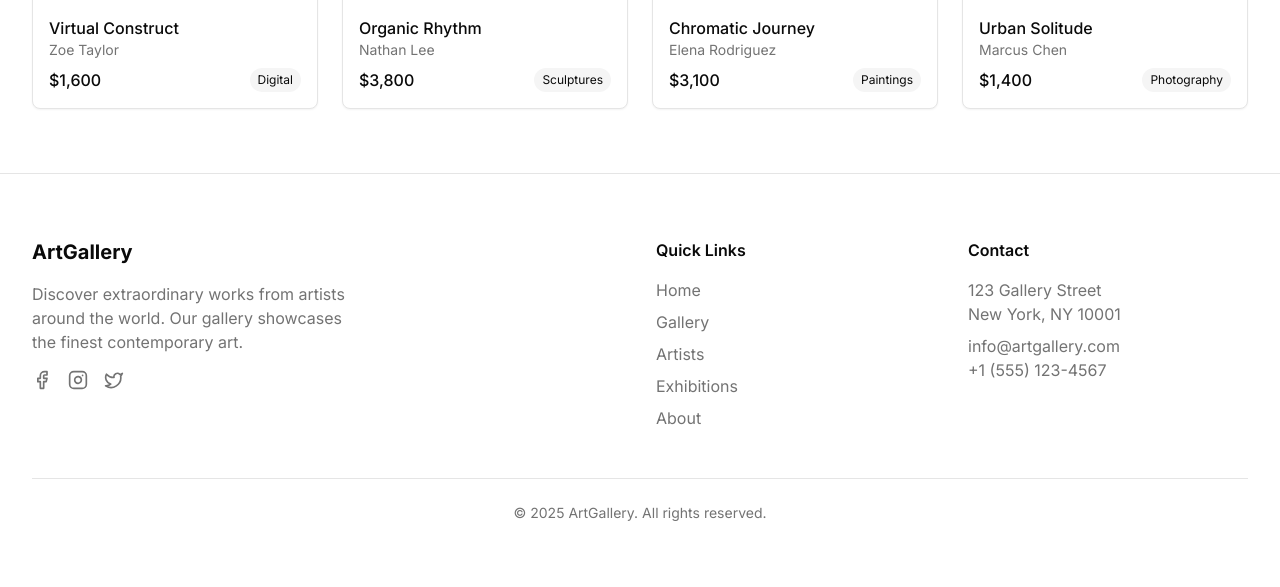
Repository: flow-ctrl369/gallery-cloneX
Page: /gallery
These files come from the project's save history. The page is drawn as it stood at one moment and after the next save; the edit follows.
The browser window is 1280 px wide. The pictures show the part of the page from y = 1613 to 2200 px (the page is 2200 px tall before and 2168 px after).
The project was rebuilt for these pictures with package versions that can differ from the ones it lists, and the page was loaded fresh each time. The framework's server and built-in components were replaced by stand-ins that run in the browser. Also part of the build but not shown: next.config.mjs.

Above is the page before, as saved 2025-06-02 01:48:51.

After the next save:
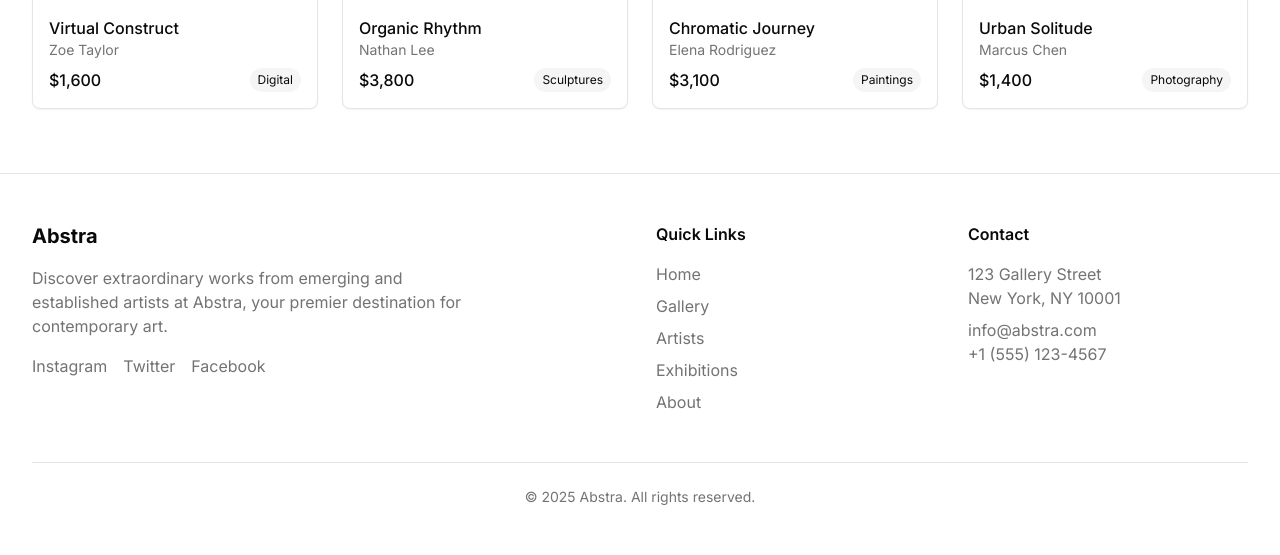
Saved 22 s later.
--- a/components/footer.tsx
+++ b/components/footer.tsx
@@ -1,31 +1,26 @@
-import { Facebook, Instagram, Twitter } from "lucide-react"
 import Link from "next/link"
 
 export default function Footer() {
   return (
-    <footer className="border-t bg-background">
-      <div className="container py-12 md:py-16">
+    <footer className="border-t">
+      <div className="container py-12">
         <div className="grid grid-cols-1 md:grid-cols-4 gap-8">
           <div className="md:col-span-2">
             <Link href="/" className="text-xl font-bold mb-4 inline-block">
-              ArtGallery
+              Abstra
             </Link>
-            <p className="text-muted-foreground max-w-xs">
-              Discover extraordinary works from artists around the world. Our gallery showcases the finest contemporary
-              art.
+            <p className="text-muted-foreground mb-4 max-w-md">
+              Discover extraordinary works from emerging and established artists at Abstra, your premier destination for contemporary art.
             </p>
-            <div className="flex gap-4 mt-4">
+            <div className="flex gap-4">
               <Link href="#" className="text-muted-foreground hover:text-foreground">
-                <Facebook className="h-5 w-5" />
-                <span className="sr-only">Facebook</span>
+                Instagram
               </Link>
               <Link href="#" className="text-muted-foreground hover:text-foreground">
-                <Instagram className="h-5 w-5" />
-                <span className="sr-only">Instagram</span>
+                Twitter
               </Link>
               <Link href="#" className="text-muted-foreground hover:text-foreground">
-                <Twitter className="h-5 w-5" />
-                <span className="sr-only">Twitter</span>
+                Facebook
               </Link>
             </div>
           </div>
@@ -64,13 +59,13 @@ export default function Footer() {
             <address className="not-italic text-muted-foreground">
               <p>123 Gallery Street</p>
               <p>New York, NY 10001</p>
-              <p className="mt-2">info@artgallery.com</p>
+              <p className="mt-2">info@abstra.com</p>
               <p>+1 (555) 123-4567</p>
             </address>
           </div>
         </div>
         <div className="mt-12 pt-6 border-t text-center text-sm text-muted-foreground">
-          <p>© {new Date().getFullYear()} ArtGallery. All rights reserved.</p>
+          <p>© {new Date().getFullYear()} Abstra. All rights reserved.</p>
         </div>
       </div>
     </footer>
